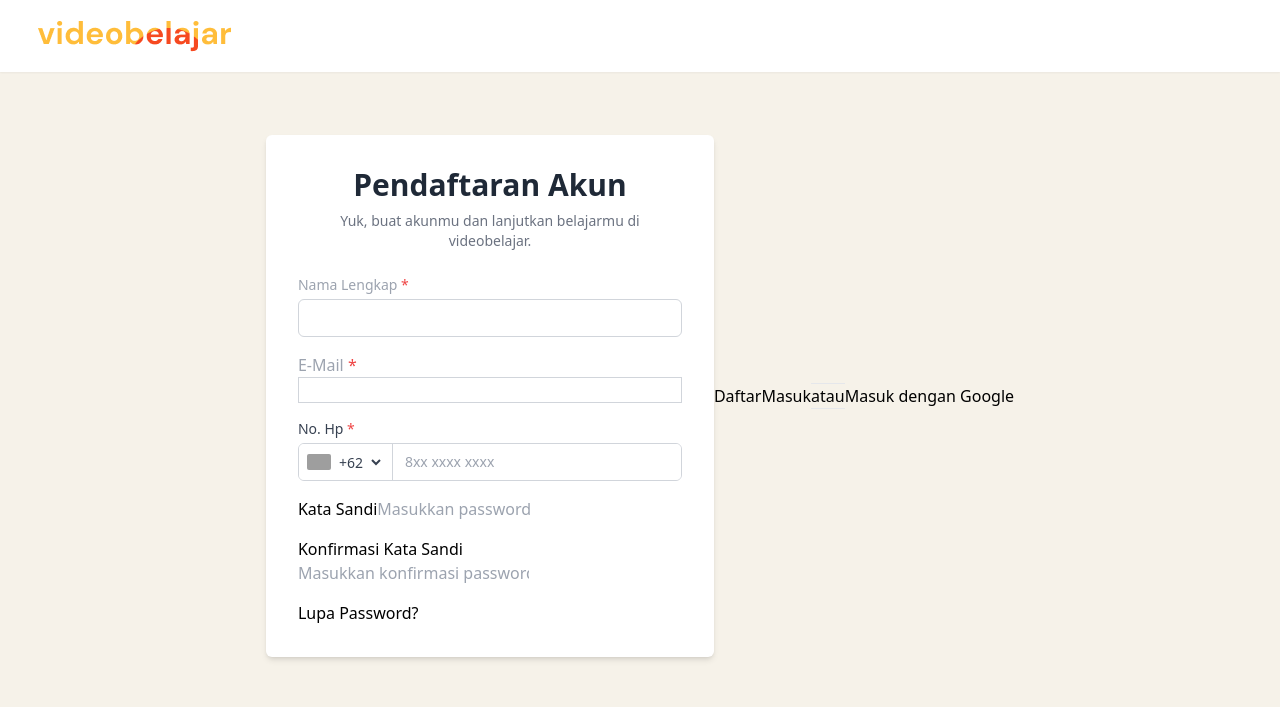
Repository: dimascahyanugraha/Course-Mission-4
Page: /signup
These files come from the project's save history. The page is drawn as it stood at one moment and after a run of saves; the edit follows.
The browser window is 1280 px wide. The pictures show the whole page.
Pictures or frames that could not be fetched are drawn as grey boxes. The project was rebuilt for these pictures with package versions that can differ from the ones it lists, and the page was loaded fresh each time. Also part of the build but not shown: vite.config.js, src/components/LoginPage.jsx.

Above is the page before, as saved 2026-05-29 19:28:43.

After the next 3 saves:
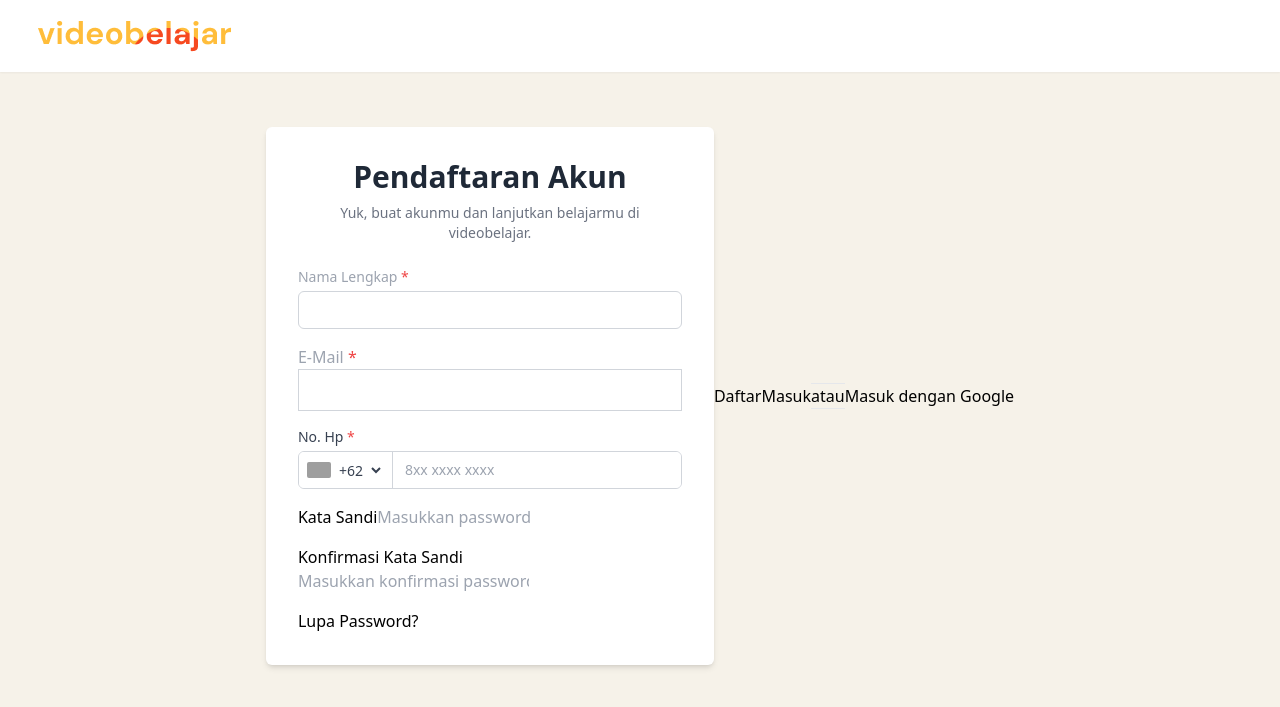
The 3 saves are shown as one change because they came seconds apart.
The last was saved 14 s later.
--- a/src/components/Signup.jsx
+++ b/src/components/Signup.jsx
@@ -32,7 +32,7 @@ export default function Signup() {
               </label>
               <input
                 type="email"
-                className="mg-1 w-full border border-gray-300 px-3"
+                className="mg-1 w-full border border-gray-300 px-3 py-2"
               />
             </div>
             {/* NO. HP */}
